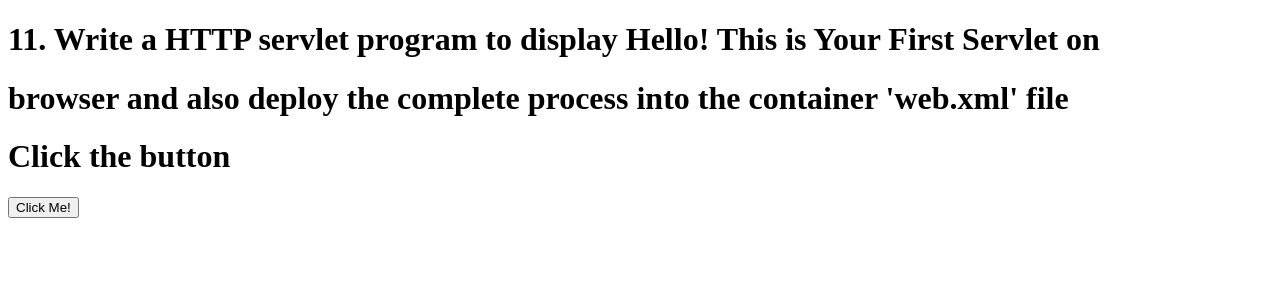
Repository: VIVEKANAND-SINHA/AdvanceJavaTraining
Page: ProjectFileAdvanceJava/src/main/webapp/Question11.html
An editor plug-in stored every save of this project. The page is shown before and after the next save, followed by the edit.
The browser window is 1280 px wide. The pictures show the whole page.

Above is the page before, as saved 2023-01-26 08:56:21.

After the next save:
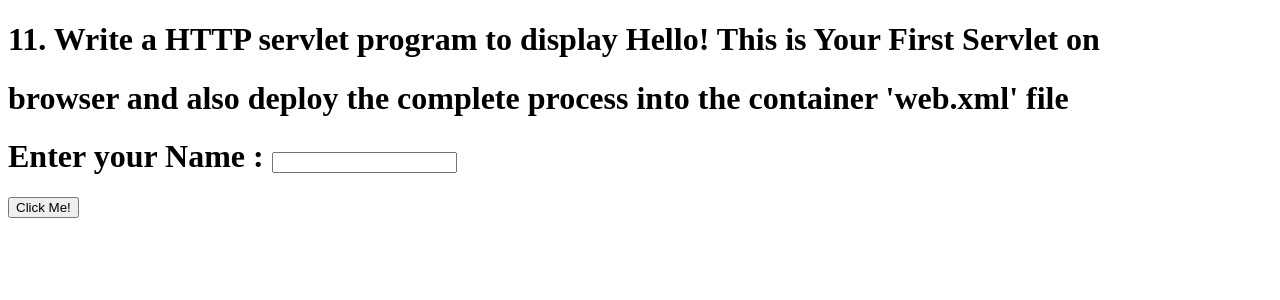
Saved 35 s later.
--- a/ProjectFileAdvanceJava/src/main/webapp/Question11.html
+++ b/ProjectFileAdvanceJava/src/main/webapp/Question11.html
@@ -9,7 +9,7 @@
 	<h1> browser and also deploy the complete process into the container 'web.xml' file</h1>
 
 <form method = "post" action = "HelloServlet">
-<h1>Click the button</h1>
+<h1>Enter your Name : <input type = "text" name = "name"></h1>
 <button type = "Submit">Click Me!</button>
 </form>
 
